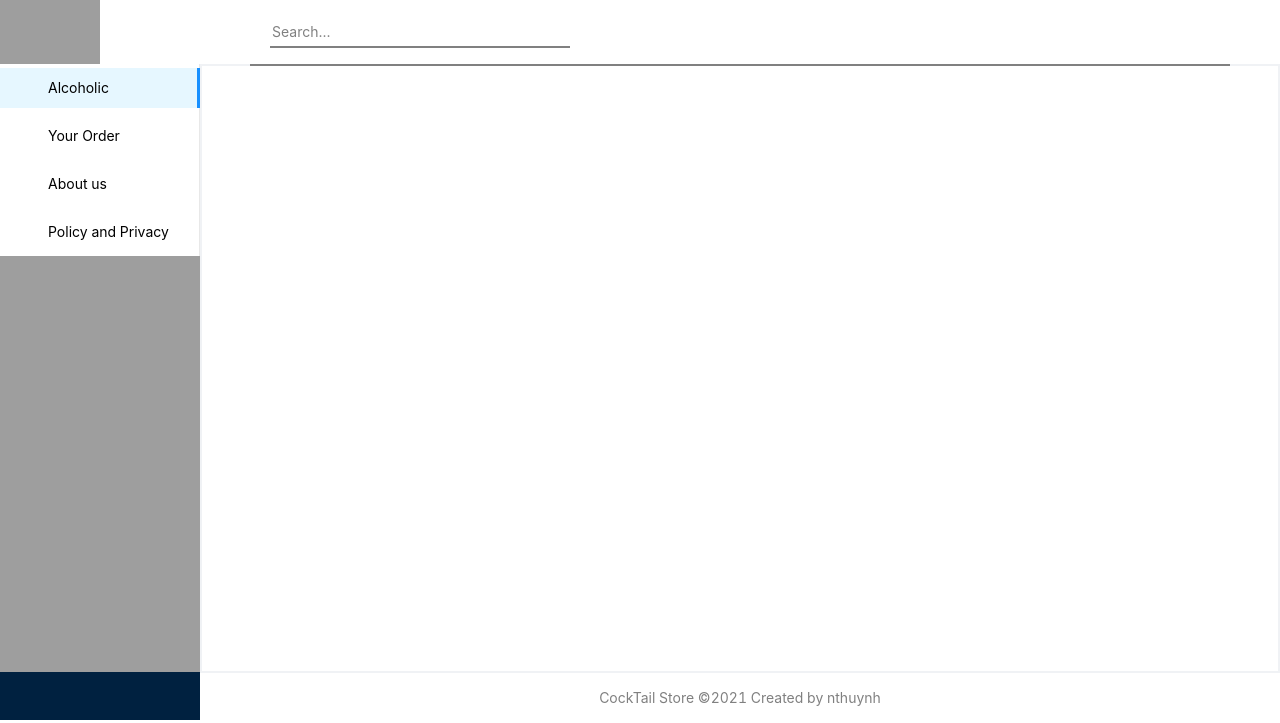
Repository: huynhnt1406/cocktail
Page: /
The author's editor kept a copy of each file at every save. The page is drawn from the files as they stood at one save, then again after the next save.
The browser window is 1280 px wide. The pictures show the whole page.
Pictures or frames that could not be fetched are drawn as grey boxes. The page's requests for data from a server got no answer. The project was rebuilt for these pictures with package versions that can differ from the ones it lists, and the page was loaded fresh each time. No one was signed in, and anything a server would have sent is missing. Also part of the build but not shown: src/components/DetailPage.vue, src/components/Order.vue, src/components/AboutUs.vue, src/components/PolicyandPrivacy.vue.

Above is the page before, as saved 2021-05-08 01:29:11.

After the next save:
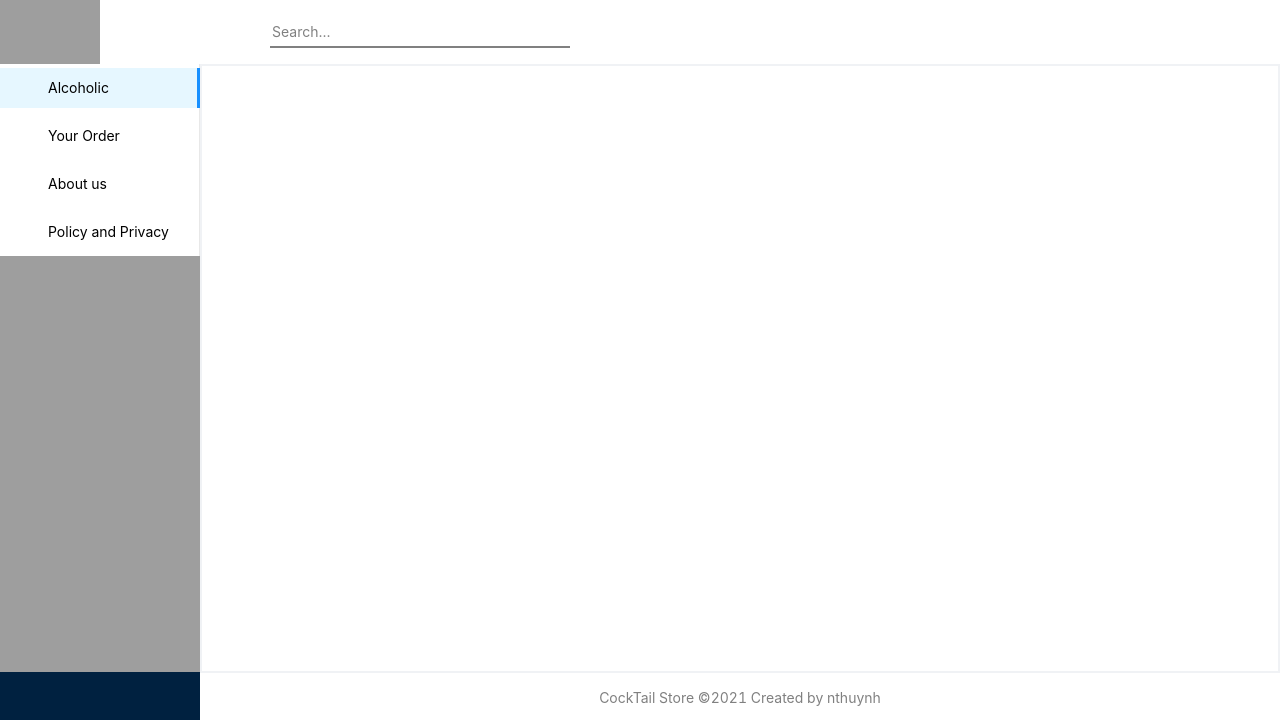
Saved 21 s later.
--- a/src/components/SearchBar.vue
+++ b/src/components/SearchBar.vue
@@ -21,7 +21,6 @@ export default {
     border-left:none;
     border-right: none;
     border-top:none;
-    border-bottom: 2px solid gray;
 }
 .search-tool input{
     height: 30px;
